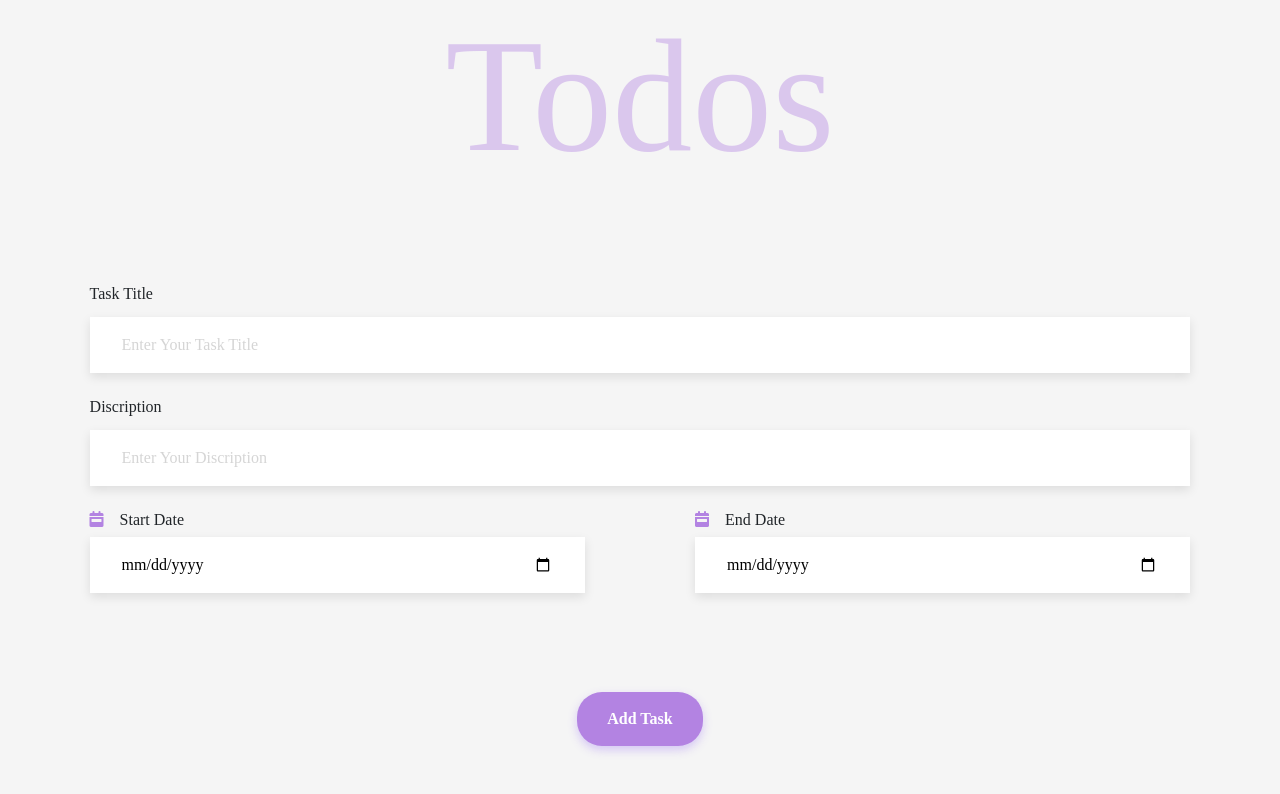
Repository: Surahailat/TypeScript
Page: Mini project 10-3/Project-TS.html
The author's editor kept a copy of each file at every save. The page is drawn from the files as they stood at one save, then again after a run of saves.
The browser window is 1280 px wide. The pictures show the whole page.

Above is the page before, as saved 2025-03-11 09:38:39.

### Mini project 10-3/Project-TS.html
<!DOCTYPE html>
<html lang="en">

<head>
    <meta charset="UTF-8">
    <meta name="viewport" content="width=device-width, initial-scale=1.0">
    <title>Document</title>
    <link href="https://cdnjs.cloudflare.com/ajax/libs/font-awesome/6.0.0-beta3/css/all.min.css" rel="stylesheet">
    <link href="https://cdn.jsdelivr.net/npm/bootstrap@5.3.3/dist/css/bootstrap.min.css" rel="stylesheet"
        integrity="sha384-QWTKZyjpPEjISv5WaRU9OFeRpok6YctnYmDr5pNlyT2bRjXh0JMhjY6hW+ALEwIH" crossorigin="anonymous">
    <style>
        * {
            box-sizing: border-box;
        }

        body {
            background-color: #f5f5f5;
            font-family: cursive;
                    margin: 0;
        }

        h1 {
            color: rgb(179, 131, 226);
            font-size: 10rem;
            text-align: center;
            opacity: 0.4;

        }

        .form {
            margin: 7%;
        }

        .input {
            width: 400px;
            max-width: 100%;
            box-shadow: 0px 4px 10px rgb(0, 0, 0, 0.1);
            margin: auto;
            margin-top: 1%;
            border: none;
            width: 100%;
            display: block;
            padding: 1rem 2rem;
            font-size: 1rem;
            margin-bottom: 2%;
        }

        .input::placeholder {
            color: #d5d5d5;

        }

        .date {
            display: flex;
            flex-direction: row;
            width: 100%;
            justify-content: space-between;
        }

        .form-group {
            width: 45%;
        }

        /* .AddTask {
            background-color: #b383e2;
            color: #d5d5d5;
            text-align: center;
            border: none;
            padding: 17px 34px;
        }*/

        .butt {
            text-align: center;
        }
        .AddTask {
            background-color: #b383e2; /* لون بنفسجي راقي */
            color: white;
            text-align: center;
            border: none;
            padding: 15px 30px;
            font-size: 16px;
            font-weight: bold;
            border-radius: 25px; /* يجعل الزر ناعماً */
            cursor: pointer;
            transition: all 0.3s ease-in-out;
            box-shadow: 0 4px 10px rgba(139, 92, 246, 0.3);
        }

        .AddTask:hover {
            background-color: #a56ae1; /* لون أغمق عند التمرير */
            box-shadow: 0 6px 15px rgba(124, 58, 237, 0.4);
            transform: scale(1.05);
        }

        .AddTask:active {
            background-color: #6d28d9;
            transform: scale(0.98);
        }
        .task-card {
            background-color: #6a0dad;
            color: white;
            border-radius: 15px;
            padding: 20px;
            position: relative;
            width: 300px;
        }
        .task-card .badge {
            position: absolute;
            top: -10px;
            right: 10px;
            background-color: #444;
            padding: 5px 10px;
            border-radius: 5px;
        }
        .task-card .date {
            display: flex;
            align-items: center;
            gap: 5px;
            margin-top: 10px;
        }
        .task-card .completed-btn {
            background-color: #aaf0d1;
            color: black;
            border-radius: 15px;
            padding: 5px 10px;
            border: none;
            font-weight: bold;
        }
        .task-card .actions {
            display: flex;
            align-items: center;
            justify-content: space-between;
            margin-top: 15px;
        }
        .task-card .icon {
            cursor: pointer;
            font-size: 18px;
            color: white;
        }
        .task-card .divider {
            border-top: 1px dashed #ccc;
            margin: 15px 0;
        }
        .task-card .delete-btn {
            background: none;
            border: none;
            color: white;
            font-size: 18px;
            cursor: pointer;
        }
        .container{
            display: flex;
            gap: 100px;
            flex-wrap: wrap;
        }
    </style>
</head>

<body>
    <h1>Todos</h1>
    <div class="form">
        <Label>Task Title</Label>
        <input type="text" class="input" placeholder="Enter Your Task Title " autocomplete="off" id="title">
        <Label>Discription</Label>
        <input type="text" class="input" placeholder="Enter Your Discription " autocomplete="off" id="discription">
        <div class="date">
            <div class="form-group">
                <Label><i class="fa-solid fa-calendar-week" style="color: #b383e2;"></i> &nbsp;&nbsp;&nbsp;Start
                    Date</Label>
                <input type="date" class="input" autocomplete="off" id="startDate">
            </div>
            <div class="form-group">
                <Label><i class="fa-solid fa-calendar-week" style="color: #b383e2;"></i>&nbsp;&nbsp;&nbsp; End
                    Date</Label>
                <input type="date" class="input" autocomplete="off" id="endDate">
            </div>
        </div>
    </div>
    <div class="butt">
        <button type="submit" class="AddTask" onclick="save(event)">Add Task</button>
    </div>
        <div class="container d-flex justify-content-center mt-5" id="view">
<!-- view data -->
    </div>
    <script src="https://cdn.jsdelivr.net/npm/bootstrap@5.3.3/dist/js/bootstrap.bundle.min.js"
        integrity="sha384-YvpcrYf0tY3lHB60NNkmXc5s9fDVZLESaAA55NDzOxhy9GkcIdslK1eN7N6jIeHz"
        crossorigin="anonymous"></script>
    <script src="Project-TS.js"></script>
</body>

</html>

Loaded but not shown: Mini project 10-3/Project-TS.js (no copy from this time; the picture is the same without it)

After the next 3 saves:
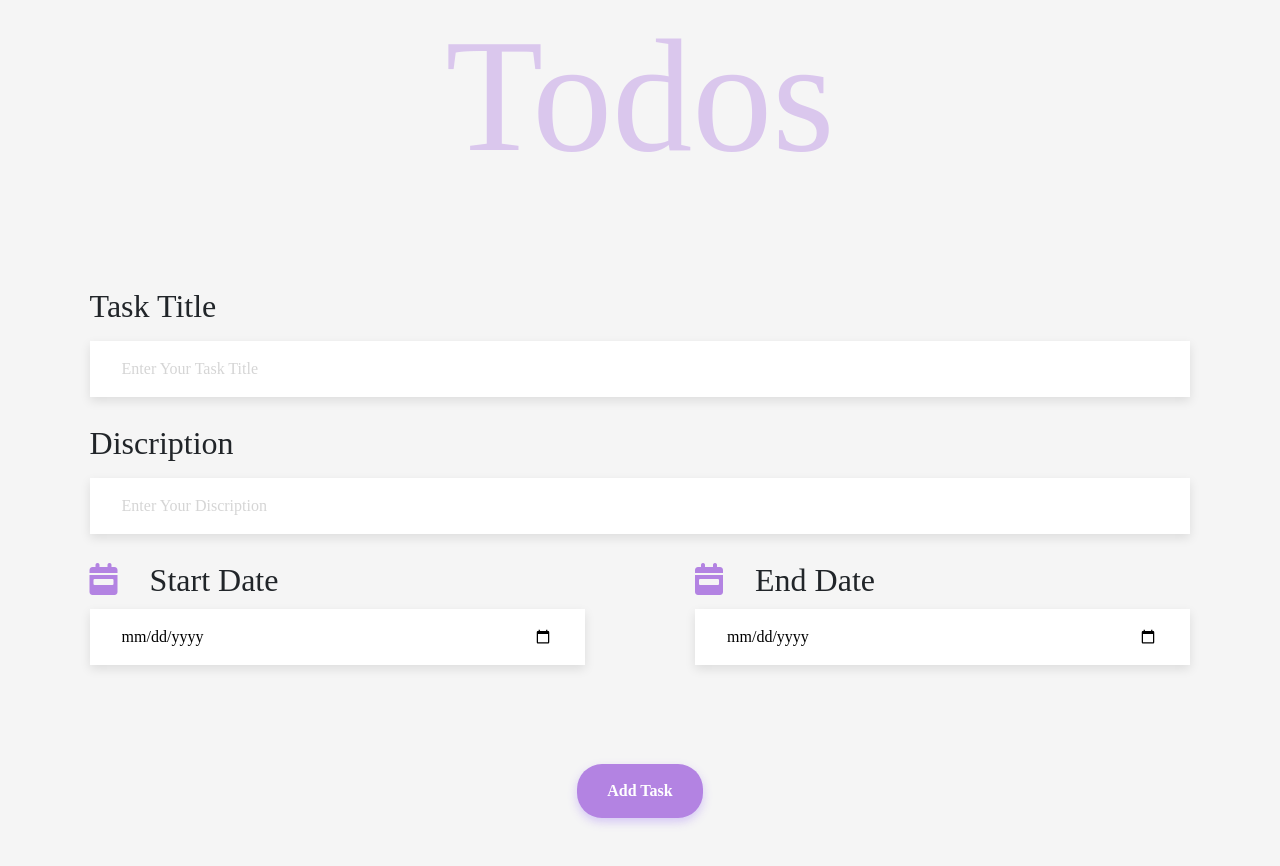
The 3 saves are shown as one change because they came seconds apart.
The last was saved 2 min 31 s later.
--- a/Mini project 10-3/Project-TS.html
+++ b/Mini project 10-3/Project-TS.html
@@ -153,6 +153,9 @@
             gap: 100px;
             flex-wrap: wrap;
         }
+        label{
+            font-size: 2rem;
+        }
     </style>
 </head>
 
